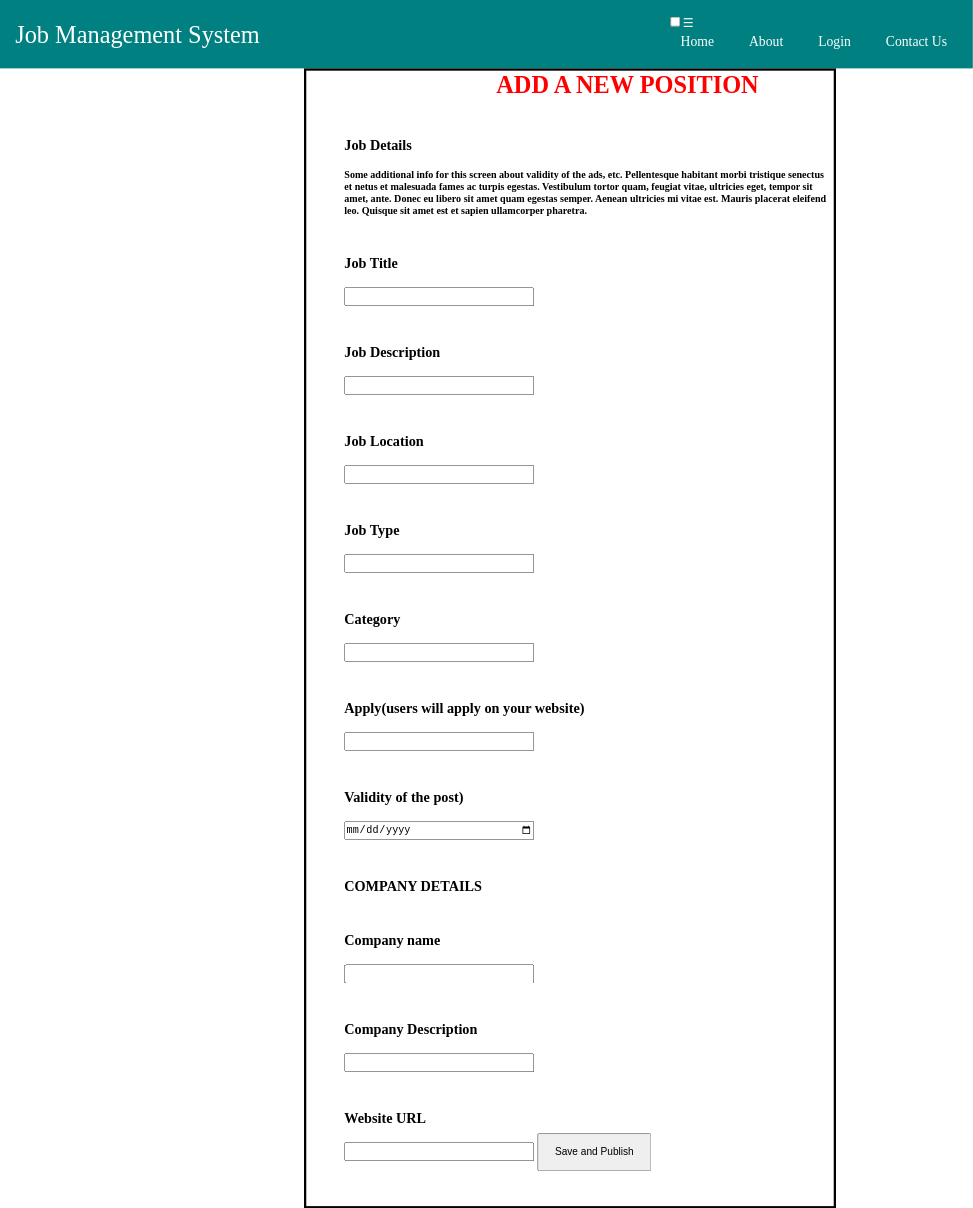
Repository: PrinceKumawat1109/JFSD
Page: http://localhost/Job-management/newposition.jsp
An editor plug-in stored every save of this project. The page is shown before and after the next save, followed by the edit.
The browser window is 1280 px wide. The pictures show the whole page, at 76% of full size.
The page is served by Tomcat 9.

Above is the page before, as saved 2022-10-29 21:43:24.

After the next save:
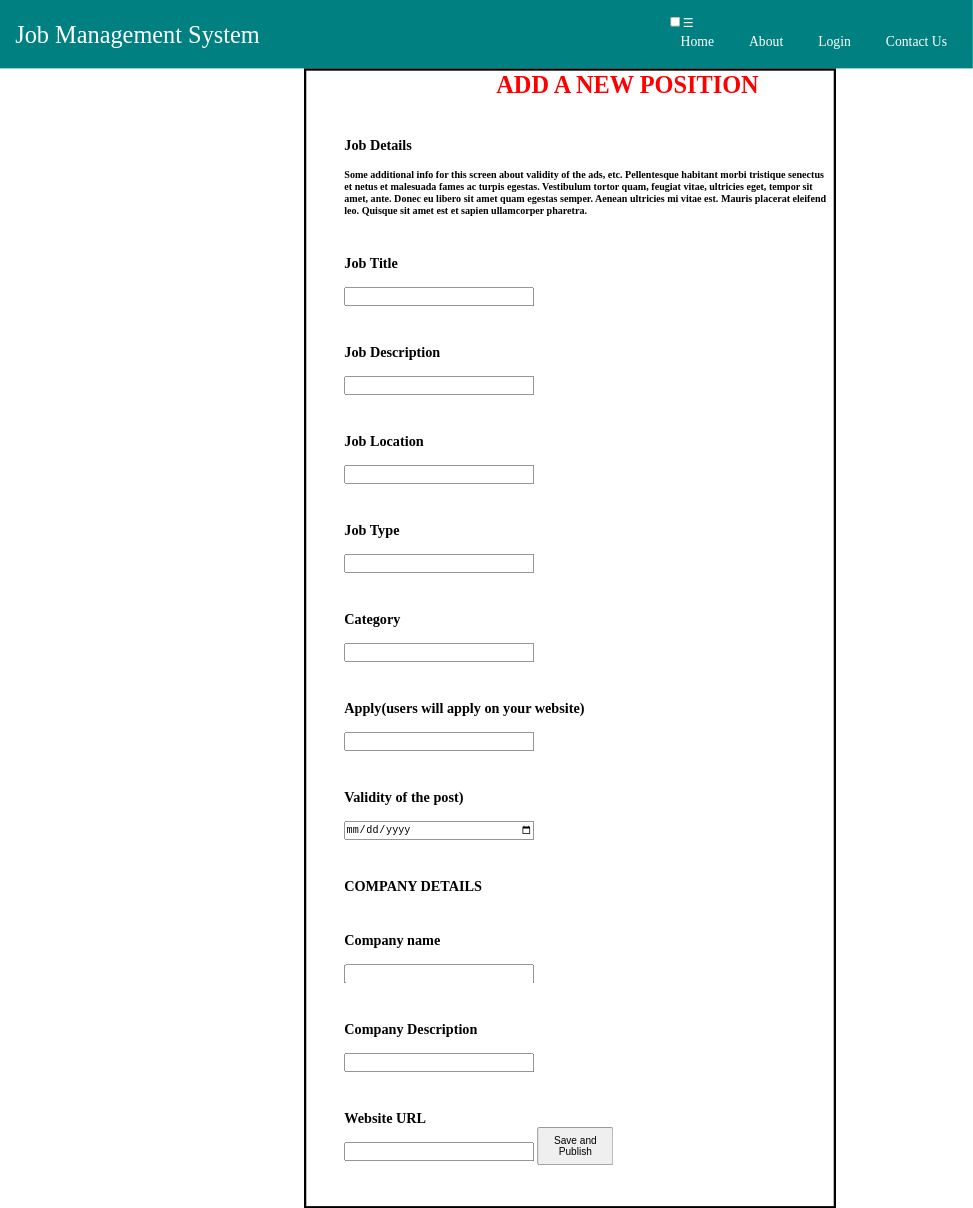
Saved 9 s later.
--- a/Job-management/src/main/webapp/newposition.jsp
+++ b/Job-management/src/main/webapp/newposition.jsp
@@ -46,7 +46,7 @@ margin-left: 400px;
 	<input style="margin-left: 50px; margin-top: 20px; height: 25px; width: 250px;" type="text" id="t9"/>
 	<h3 style="margin-left: 50px; margin-top: 50px;">Website URL</h3>
 	<input style="margin-left: 50px; margin-top: 20px; height: 25px; width: 250px;" type="text" id="t10"/>
-	<button style="height: 50px; width: 150px; margin-top: -10px;" onclick="save1()">Save and Publish</button>
+	<button style="height: 50px; width: 100px; margin-top: -10px;" onclick="save1()">Save and Publish</button>
 	</div>
 	<!--<h2>ADD A NEW POSTION</h2>
 	<h4>Job Details</h4>
